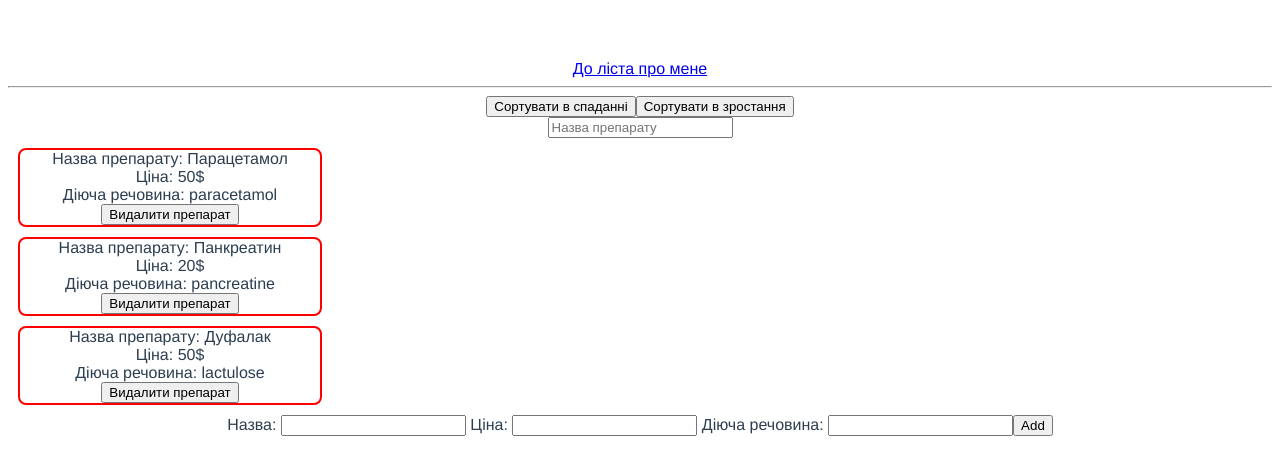
Repository: KYUUBI-K/Labs-from-2-course-
Page: /#/list (app in lab2(pharmacy)/)
The author's editor kept a copy of each file at every save. The page is drawn from the files as they stood at one save, then again after the next save.
The browser window is 1280 px wide. The pictures show the whole page.
The project was rebuilt for these pictures with package versions that can differ from the ones it lists, and the page was loaded fresh each time.

Above is the page before, as saved 2021-12-21 15:55:10.

After the next save:
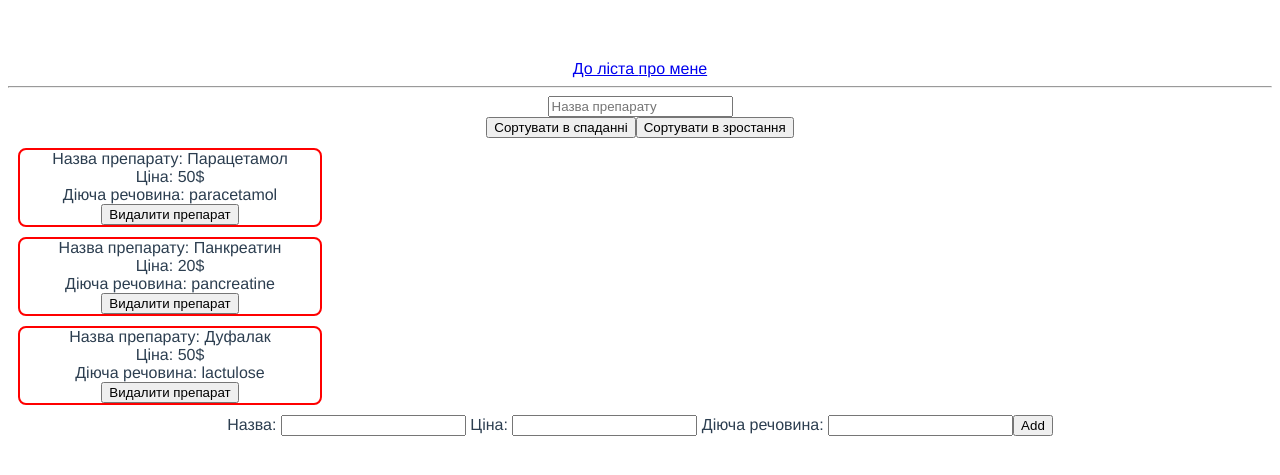
Saved 12 s later.
--- a/lab2(pharmacy)/src/components/Tasklist/index.vue
+++ b/lab2(pharmacy)/src/components/Tasklist/index.vue
@@ -1,11 +1,11 @@
 <template>
   <div>
     <div>
+      <input type="search" v-model="search" placeholder="Назва препарату" />
+    </div>
+    <div>
       <button>Сортувати в спаданні</button>
       <button>Сортувати в зростання</button>
-    </div>
-    <div>
-      <input type="search" v-model="search" placeholder="Назва препарату" />
     </div>
     <task-item v-for="task in filterTask" :key="task.id" :task="task" />
     <div>
